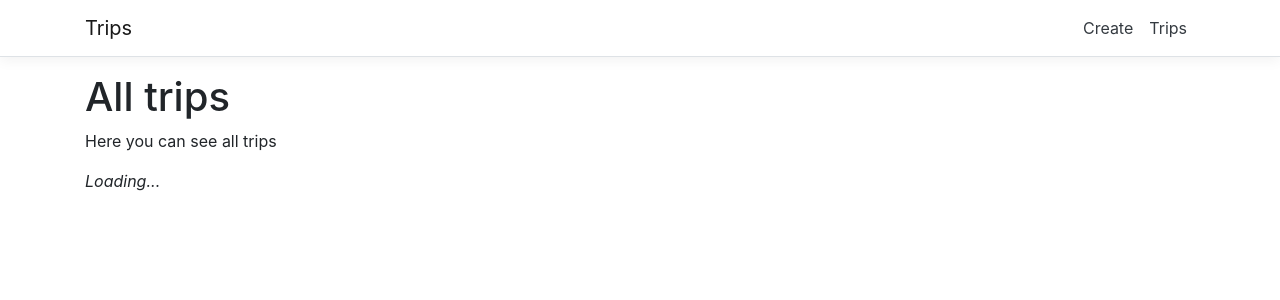
Repository: DevLuDaley/Trips
Page: /trips (app in ClientApp/)
These files come from the project's save history. The page is drawn as it stood at one moment and after the next save; the edit follows.
The browser window is 1280 px wide. The pictures show the whole page.
The page's requests for data from a server got no answer. The project was rebuilt for these pictures with package versions that can differ from the ones it lists, and the page was loaded fresh each time. No one was signed in, and anything a server would have sent is missing. Also part of the build but not shown: ClientApp/src/components/Home.js, ClientApp/src/components/Trip/Create.jsx, ClientApp/src/components/Trip/Update.jsx, ClientApp/src/components/Trip/Delete.jsx.

Above is the page before, as saved 2020-11-06 17:19:33.

### ClientApp/public/index.html
<!DOCTYPE html>
<html lang="en">
  <head>
    <meta charset="utf-8">
    <meta name="viewport" content="width=device-width, initial-scale=1, shrink-to-fit=no">
    <meta name="theme-color" content="#000000">
    <base href="%PUBLIC_URL%/" />
    <!--
      manifest.json provides metadata used when your web app is added to the
      homescreen on Android. See https://developers.google.com/web/fundamentals/engage-and-retain/web-app-manifest/
    -->
    <link rel="manifest" href="%PUBLIC_URL%/manifest.json">
    <link rel="shortcut icon" href="%PUBLIC_URL%/favicon.ico">
    <!--
      Notice the use of %PUBLIC_URL% in the tags above.
      It will be replaced with the URL of the `public` folder during the build.
      Only files inside the `public` folder can be referenced from the HTML.

      Unlike "/favicon.ico" or "favicon.ico", "%PUBLIC_URL%/favicon.ico" will
      work correctly both with client-side routing and a non-root public URL.
      Learn how to configure a non-root public URL by running `npm run build`.
    -->
    <title>Trips</title>
  </head>
  <body>
    <noscript>
      You need to enable JavaScript to run this app.
    </noscript>
    <div id="root"></div>
    <!--
      This HTML file is a template.
      If you open it directly in the browser, you will see an empty page.

      You can add webfonts, meta tags, or analytics to this file.
      The build step will place the bundled scripts into the <body> tag.

      To begin the development, run `npm start` or `yarn start`.
      To create a production bundle, use `npm run build` or `yarn build`.
    -->
  </body>
</html>

### ClientApp/src/App.js
import React, { Component } from 'react';
import { Route } from 'react-router';
import { Layout } from './components/Layout';
import { Home } from './components/Home';

import './custom.css'
import Trips from './components/Trip/Trips';
import Create from './components/Trip/Create';
import Update from './components/Trip/Update';
import Delete from './components/Trip/Delete';
// import { FetchData } from './components/FetchData';
// import { Counter } from './components/Counter';


export default class App extends Component {
  static displayName = App.name;

  render () {
    return (
      <Layout>
        <Route exact path='/' component={Home} />
        <Route path='/create' component={Create} />
        <Route path='/trips' component={Trips} />
        <Route path='/update/:id' component={Update} />
        <Route path='/delete/:id' component={Delete} />
        {/* <Route path='/counter' component={Counter} /> */}
        {/* <Route path='/fetch-data' component={FetchData} /> */}
      </Layout>
    );
  }
}

### ClientApp/src/custom.css
/* Provide sufficient contrast against white background */
a {
  color: #0366d6;
}

code {
  color: #E01A76;
}

.btn-primary {
  color: #fff;
  background-color: #1b6ec2;
  border-color: #1861ac;
}

.trip-form {
  /* color: #fff;
  background-color: #1b6ec2;
  border-color: #1861ac; */
  margin: 10% 30% 10% 30%;
}

### ClientApp/src/components/Trip/Trips.jsx
import React, {Component} from 'react';
import axios from 'axios';

class Trips extends Component
{
    constructor(props){
        super(props);

        this.onTripUpdate = this.onTripUpdate.bind(this);
        this.onTripDelete = this.onTripDelete.bind(this);

        this.state = {
            trips: [],
            loading: true,
            failed: false,
            error: ''
        }
    }

    componentDidMount(){
        this.populateTripsData();
    }

    onTripUpdate(id){
        const {history} = this.props;
        history.push('/update/'+id);
    }

    onTripDelete(id){
        const {history} = this.props;
        history.push('/delete/'+id);
    }

    populateTripsData(){
        axios.get("api/Trips/GetTrips").then(result => {
            const response = result.data;
            this.setState({trips: response, loading: false, failed: false, error:''});
        }).catch(error => {

        })
    }

    renderAllTripsTable(trips){
        return (
            <table className="table table-striped">
                <thead>
                    <tr>
                        <th>Name</th>
                        <th>Description</th>
                        <th>Date started</th>
                        <th>Date completed</th>
                        <th>Action</th>
                    </tr>
                </thead>
                <tbody>
                    {
                        trips.map(trip => (
                        <tr key={trip.id}>
                            <td>{trip.name}</td>
                            <td>{trip.description}</td>
                            <td>{new Date(trip.dateStarted).toISOString().slice(0,10)}</td>
                            <td>{trip.dateCompleted ? new Date(trip.dateCompleted).toISOString().slice(0,10) :  '-' }</td>
                            <td>
                                <div className="form-group">
                                    <button onClick={() => this.onTripUpdate(trip.id)} className="btn btn-success">
                                        Update
                                    </button>
                                    <button onClick={() => this.onTripDelete(trip.id)} className="btn btn-danger">
                                        Delete
                                    </button>
                                </div>
                            </td>
                        </tr>
                        ))
                    }

                </tbody>
            </table>
        );
    }

    render(){

        let content = this.state.loading ? (
            <p>
                <em>Loading...</em>
            </p>
        ) : (
            this.renderAllTripsTable(this.state.trips)
        )

        return (
            <div>
                <h1>All trips</h1>
                <p>Here you can see all trips</p>
                {content}
            </div>
        );
    }
}


export default Trips;

### ClientApp/src/components/NavMenu.js
import React, { Component } from 'react';
import { Collapse, Container, Navbar, NavbarBrand, NavbarToggler, NavItem, NavLink } from 'reactstrap';
import { Link } from 'react-router-dom';
import './NavMenu.css';

export class NavMenu extends Component {
  static displayName = NavMenu.name;

  constructor (props) {
    super(props);

    this.toggleNavbar = this.toggleNavbar.bind(this);
    this.state = {
      collapsed: true
    };
  }

  toggleNavbar () {
    this.setState({
      collapsed: !this.state.collapsed
    });
  }

  render () {
    return (
      <header>
        <Navbar className="navbar-expand-sm navbar-toggleable-sm ng-white border-bottom box-shadow mb-3" light>
          <Container>
            <NavbarBrand tag={Link} to="/trips">Trips</NavbarBrand>
            <NavbarToggler onClick={this.toggleNavbar} className="mr-2" />
            <Collapse className="d-sm-inline-flex flex-sm-row-reverse" isOpen={!this.state.collapsed} navbar>
              <ul className="navbar-nav flex-grow">
                {/* <NavItem>
                  <NavLink tag={Link} className="text-dark" to="/">Home</NavLink>
                </NavItem> */}
                <NavItem>
                  <NavLink tag={Link} className="text-dark" to="/Create">Create</NavLink>
                </NavItem>
                <NavItem>
                  <NavLink tag={Link} className="text-dark" to="/trips">Trips</NavLink>
                </NavItem>
                {/* <NavItem>
                  <NavLink tag={Link} className="text-dark" to="/counter">Counter</NavLink>
                </NavItem> */}
                {/* <NavItem>
                  <NavLink tag={Link} className="text-dark" to="/fetch-data">Fetch data</NavLink>
                </NavItem> */}
              </ul>
            </Collapse>
          </Container>
        </Navbar>
      </header>
    );
  }
}

export default NavMenu;

Loaded but not shown: ClientApp/src/index.js (common file); ClientApp/src/registerServiceWorker.js (common file); ClientApp/src/components/Layout.js (common file); ClientApp/src/components/NavMenu.css (common file)

After the next save:
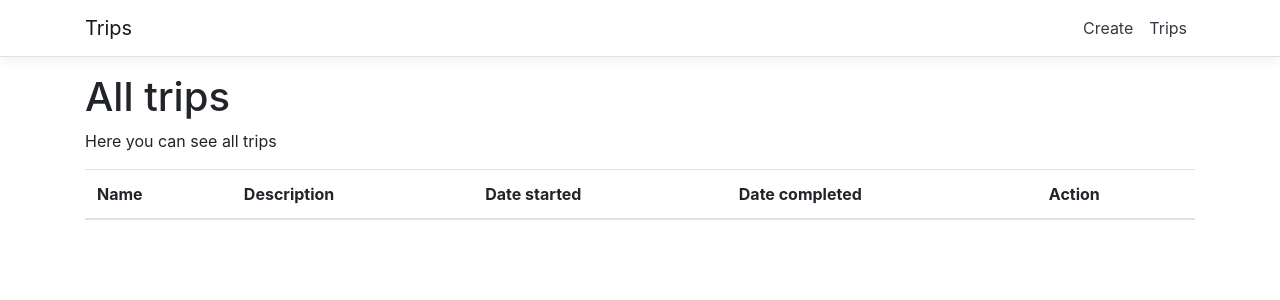
Saved 65 s later.
--- a/ClientApp/src/components/Trip/Trips.jsx
+++ b/ClientApp/src/components/Trip/Trips.jsx
@@ -36,7 +36,7 @@ class Trips extends Component
             const response = result.data;
             this.setState({trips: response, loading: false, failed: false, error:''});
         }).catch(error => {
-
+            this.setState({trips: [], loading: false, true: false, error:'Trips could not be loaded Lu'});
         })
     }
 
